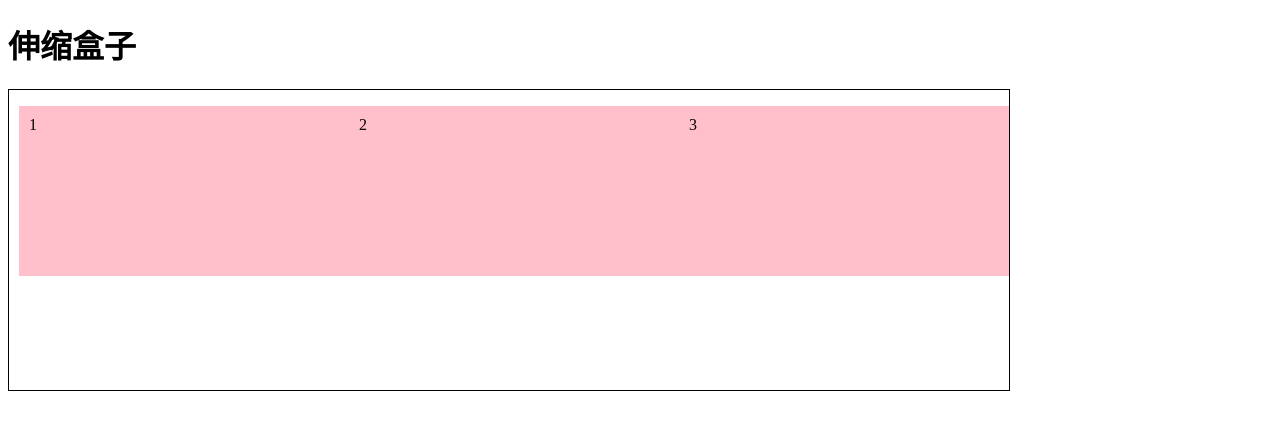
Repository: liuxi0811/web-demo
Page: 伸缩布局.html
The author's editor kept a copy of each file at every save. The page is drawn from the files as they stood at one save, then again after the next save.
The browser window is 1280 px wide. The pictures show the whole page.

Above is the page before, as saved 2020-12-03 18:00:19.

After the next save:
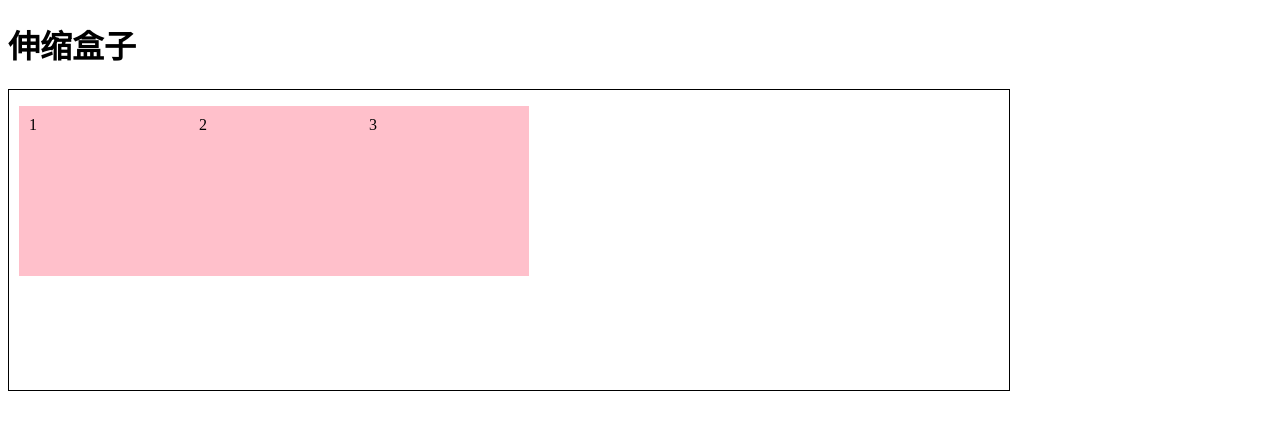
Saved 12 s later.
--- a/伸缩布局.html
+++ b/伸缩布局.html
@@ -21,7 +21,7 @@
             background: pink;
             padding: 10px;
             /* display: flex; */
-            flex: 1;
+            /* flex: 1; */
         }
 
         ul{
